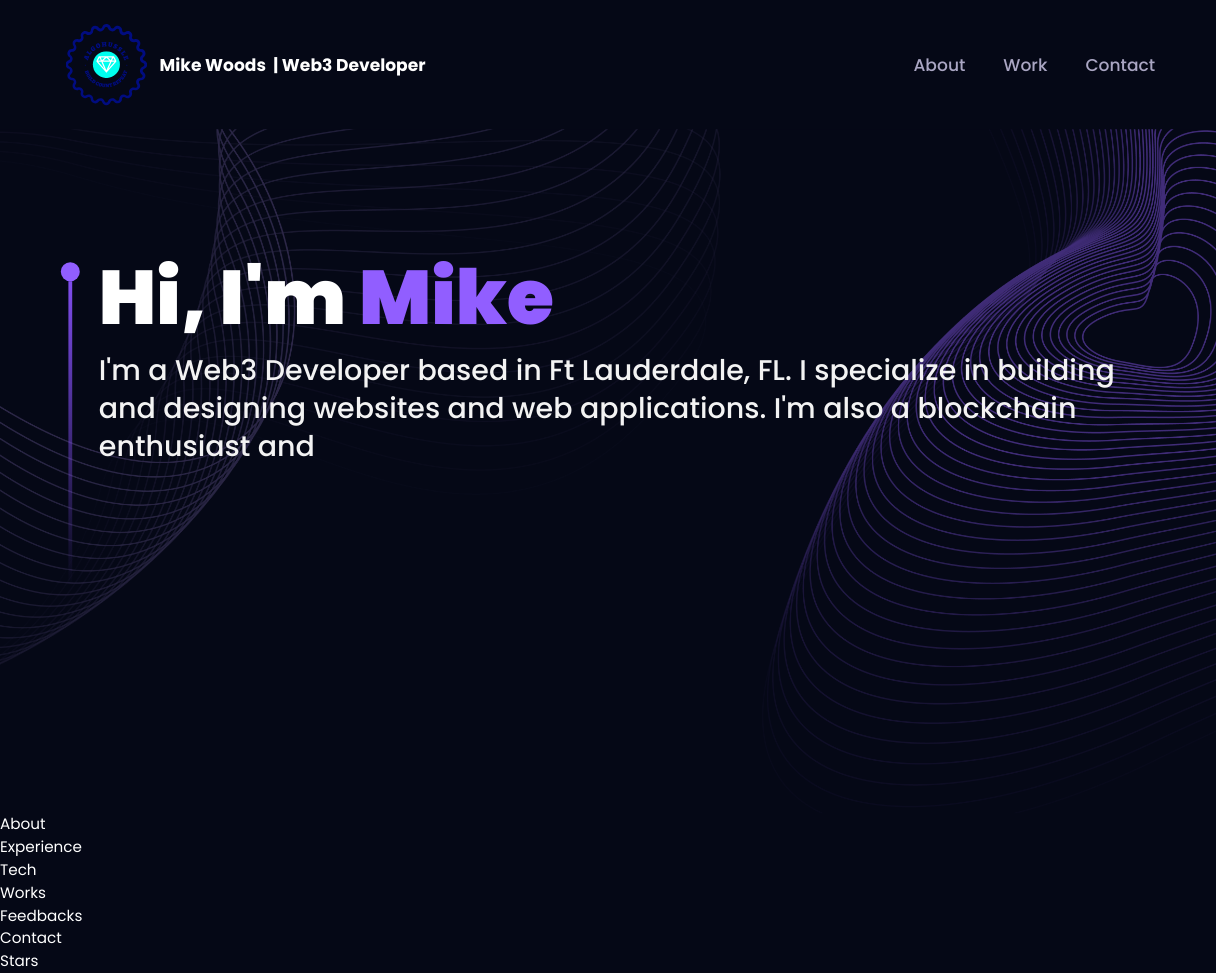
Repository: MikeeBuilds/3D-portfolio
Page: /
An editor plug-in stored every save of this project. The page is shown before and after a run of saves, followed by the edit.
The browser window is 1280 px wide. The pictures show the whole page, at 95% of full size.
The project was rebuilt for these pictures with package versions that can differ from the ones it lists, and the page was loaded fresh each time. Also part of the build but not shown: vite.config.js, src/components/canvas/Earth.jsx, src/components/canvas/Ball.jsx, src/components/canvas/Computers.jsx.

Above is the page before, as saved 2023-03-04 15:04:16.

### index.html
<!DOCTYPE html>
<html lang="en">
  <head>
    <meta charset="UTF-8" />
    <link rel="icon" type="image/svg+xml" href="/logo.svg" />
    <meta name="viewport" content="width=device-width, initial-scale=1.0" />
    <title>Algo Hussle Portfolio</title>
  </head>
  <body>
    <div id="root"></div>
    <script type="module" src="/src/main.jsx"></script>
  </body>
</html>

### src/App.jsx
import { BrowserRouter } from "react-router-dom";
import { About, Contact, Experience, Feedbacks,
Hero, Navbar, Tech, Works, StarsCanvas } from "./components";

const App = () => {
  return (
    <BrowserRouter>
      <div className="relative z-0 bg-primary">
        <div className="bg-hero-pattern bg-cover
        bg-no-repeat bg-center">
          <Navbar />
          <Hero />
        </div>
        <About />
        <Experience />
        <Tech />
        <Works />
        <Feedbacks />
        <div className="relative z-0">
          <Contact />
          <StarsCanvas />
        </div>
      </div>
    </BrowserRouter>
  )
};

export default App

### src/components/Hero.jsx
import React from 'react';
import { motion } from 'framer-motion';
import { styles } from '../styles';
import { ComputersCanvas } from './canvas';

const Hero = () => {
  return (
    <section className='relative w-full h-screen mx-auto'
    >
      <div className={`${styles.paddingX} absolute inset-0 top-[120px] max-w-7xl mx-auto flex flex-row items-start gap-5`}>
        <div className='flex flex-col items-center justify-center mt-5'>
          <div className='w-5 h-5 rounded-full bg-[#915eff]' />
          <div className='w-1 sm:h-80 h-40 violet-gradient' />
          </div>
          <div className=''>
            <h1 className={`${styles.heroHeadText} text-white`}>
              Hi, I'm <span className='text-[#915eff]'>Mike</span>
            </h1>
            <p className={`${styles.heroSubText} mt-2 text-white-100`}>
              I'm a Web3 Developer based in Ft Lauderdale, FL. I specialize in building and
                designing websites and web applications. I'm also a blockchain enthusiast and
            </p>
          </div>

      </div>
    </section>
  )
}

export default Hero

### src/components/Navbar.jsx
import React, { useEffect, useState} from 'react';
import { Link } from "react-router-dom";
import { styles } from '../styles';
import { navLinks } from "../constants";
import { logo, menu, close } from "../assets";

const Navbar = () => {
  const [active, setActive] = useState("");
  const [toggle, setToggle] = useState(false);

  return (
    <nav className={`${styles.paddingX} w-full flex items-center py-5 top-0 z-20 bg-primary`}
    >
      <div className="flex items-center justify-between w-full max-w-7xl mx-auto">
        <Link to="/"
              className='flex items-center gap-2 '
              onClick={() => {
                setActive("");
                window.scrollTo(0, 0);
              }}
              >
                <img
                  src={logo}
                  alt='logo'
                  className='w-24 h-24 object-contain'
                  />
                <p
                  className='text-white text-[18px] font-bold cursor-pointer flex'
                  >
                    Mike Woods &nbsp;
                    <span
                      className='sm:block hidden'
                      >
                        | Web3 Developer
                    </span>
                </p>
          </Link>
            <ul className='list-none hidden sm:flex flex-row gap-10'>
                {navLinks.map((link) => (
                    <li
                      key={link.id}
                      className={`${
                        active === link.title
                        ? "text-white"
                        : "text-secondary"
                      } hover:text-white text-[18px] font-medium cursor-pointer`}
                      onClick={() => setActive(link.title)}
                      >
                    <a href={`#${link.id}`}> {link.title}</a>
                    </li>

                ))}
            </ul>
            <div className='sm:hidden flex flex-1 justify-end items-center'>
              <img src={toggle ? close : menu }
                    alt="menu"
                    className='w-[28px] h-[28px] object-contain cursor-pointer'
                    onClick={() => setToggle(!toggle)}
              />
              <div className={`${!toggle ? 'hidden'
              : 'flex'} p-6 black-gradient absolute top-20 right-0 mx-4 my-2 min-w-[140px] z-10
              rounded-xl`}>

              <ul className='list-none flex justify-end items-start flex-col gap-4'>
                {navLinks.map((link) => (
                    <li
                      key={link.id}
                      className={`${
                        active === link.title
                        ? "text-white"
                        : "text-secondary"
                      } font-poppins font-medium cursor-pointer text-[16px]`}
                      onClick={() => {
                        setToggle(!toggle);
                        setActive(link.title);
                      }}
                      >
                    <a href={`#${link.id}`}> {link.title}</a>
                    </li>

                ))}
            </ul>
              </div>

            </div>
        </div>
      </nav>
  )
}

export default Navbar

### src/constants/index.js
import {
    mobile,
    backend,
    creator,
    web,
    javascript,
    typescript,
    html,
    css,
    reactjs,
    redux,
    tailwind,
    nodejs,
    mongodb,
    git,
    figma,
    docker,
    meta,
    starbucks,
    tesla,
    shopify,
    carrent,
    jobit,
    tripguide,
    threejs,
  } from "../assets";

  export const navLinks = [
    {
      id: "about",
      title: "About",
    },
    {
      id: "work",
      title: "Work",
    },
    {
      id: "contact",
      title: "Contact",
    },
  ];

  const services = [
    {
      title: "Web Developer",
      icon: web,
    },
    {
      title: "React Native Developer",
      icon: mobile,
    },
    {
      title: "Backend Developer",
      icon: backend,
    },
    {
      title: "Content Creator",
      icon: creator,
    },
  ];

  const technologies = [
    {
      name: "HTML 5",
      icon: html,
    },
    {
      name: "CSS 3",
      icon: css,
    },
    {
      name: "JavaScript",
      icon: javascript,
    },
    {
      name: "TypeScript",
      icon: typescript,
    },
    {
      name: "React JS",
      icon: reactjs,
    },
    {
      name: "Redux Toolkit",
      icon: redux,
    },
    {
      name: "Tailwind CSS",
      icon: tailwind,
    },
    {
      name: "Node JS",
      icon: nodejs,
    },
    {
      name: "MongoDB",
      icon: mongodb,
    },
    {
      name: "Three JS",
      icon: threejs,
    },
    {
      name: "git",
      icon: git,
    },
    {
      name: "figma",
      icon: figma,
    },
    {
      name: "docker",
      icon: docker,
    },
  ];

  const experiences = [
    {
      title: "React.js Developer",
      company_name: "Starbucks",
      icon: starbucks,
      iconBg: "#383E56",
      date: "March 2020 - April 2021",
      points: [
        "Developing and maintaining web applications using React.js and other related technologies.",
        "Collaborating with cross-functional teams including designers, product managers, and other developers to create high-quality products.",
        "Implementing responsive design and ensuring cross-browser compatibility.",
        "Participating in code reviews and providing constructive feedback to other developers.",
      ],
    },
    {
      title: "React Native Developer",
      company_name: "Tesla",
      icon: tesla,
      iconBg: "#E6DEDD",
      date: "Jan 2021 - Feb 2022",
      points: [
        "Developing and maintaining web applications using React.js and other related technologies.",
        "Collaborating with cross-functional teams including designers, product managers, and other developers to create high-quality products.",
        "Implementing responsive design and ensuring cross-browser compatibility.",
        "Participating in code reviews and providing constructive feedback to other developers.",
      ],
    },
    {
      title: "Web Developer",
      company_name: "Shopify",
      icon: shopify,
      iconBg: "#383E56",
      date: "Jan 2022 - Jan 2023",
      points: [
        "Developing and maintaining web applications using React.js and other related technologies.",
        "Collaborating with cross-functional teams including designers, product managers, and other developers to create high-quality products.",
        "Implementing responsive design and ensuring cross-browser compatibility.",
        "Participating in code reviews and providing constructive feedback to other developers.",
      ],
    },
    {
      title: "Full stack Developer",
      company_name: "Meta",
      icon: meta,
      iconBg: "#E6DEDD",
      date: "Jan 2023 - Present",
      points: [
        "Developing and maintaining web applications using React.js and other related technologies.",
        "Collaborating with cross-functional teams including designers, product managers, and other developers to create high-quality products.",
        "Implementing responsive design and ensuring cross-browser compatibility.",
        "Participating in code reviews and providing constructive feedback to other developers.",
      ],
    },
  ];

  const testimonials = [
    {
      testimonial:
        "I thought it was impossible to make a website as beautiful as our product, but Rick proved me wrong.",
      name: "Sara Lee",
      designation: "CFO",
      company: "Acme Co",
      image: "https://randomuser.me/api/portraits/women/4.jpg",
    },
    {
      testimonial:
        "I've never met a web developer who truly cares about their clients' success like Rick does.",
      name: "Chris Brown",
      designation: "COO",
      company: "DEF Corp",
      image: "https://randomuser.me/api/portraits/men/5.jpg",
    },
    {
      testimonial:
        "After Rick optimized our website, our traffic increased by 50%. We can't thank them enough!",
      name: "Lisa Wang",
      designation: "CTO",
      company: "456 Enterprises",
      image: "https://randomuser.me/api/portraits/women/6.jpg",
    },
  ];

  const projects = [
    {
      name: "Car Rent",
      description:
        "Web-based platform that allows users to search, book, and manage car rentals from various providers, providing a convenient and efficient solution for transportation needs.",
      tags: [
        {
          name: "react",
          color: "blue-text-gradient",
        },
        {
          name: "mongodb",
          color: "green-text-gradient",
        },
        {
          name: "tailwind",
          color: "pink-text-gradient",
        },
      ],
      image: carrent,
      source_code_link: "https://github.com/",
    },
    {
      name: "Job IT",
      description:
        "Web application that enables users to search for job openings, view estimated salary ranges for positions, and locate available jobs based on their current location.",
      tags: [
        {
          name: "react",
          color: "blue-text-gradient",
        },
        {
          name: "restapi",
          color: "green-text-gradient",
        },
        {
          name: "scss",
          color: "pink-text-gradient",
        },
      ],
      image: jobit,
      source_code_link: "https://github.com/",
    },
    {
      name: "Trip Guide",
      description:
        "A comprehensive travel booking platform that allows users to book flights, hotels, and rental cars, and offers curated recommendations for popular destinations.",
      tags: [
        {
          name: "nextjs",
          color: "blue-text-gradient",
        },
        {
          name: "supabase",
          color: "green-text-gradient",
        },
        {
          name: "css",
          color: "pink-text-gradient",
        },
      ],
      image: tripguide,
      source_code_link: "https://github.com/",
    },
  ];

  export { services, technologies, experiences, testimonials, projects };

### src/assets/index.js
import logo from "./logo.svg";
import backend from "./backend.png";
import creator from "./creator.png";
import mobile from "./mobile.png";
import web from "./web.png";
import github from "./github.png";
import menu from "./menu.svg";
import close from "./close.svg";

import css from "./tech/css.png";
import docker from "./tech/docker.png";
import figma from "./tech/figma.png";
import git from "./tech/git.png";
import html from "./tech/html.png";
import javascript from "./tech/javascript.png";
import mongodb from "./tech/mongodb.png";
import nodejs from "./tech/nodejs.png";
import reactjs from "./tech/reactjs.png";
import redux from "./tech/redux.png";
import tailwind from "./tech/tailwind.png";
import typescript from "./tech/typescript.png";
import threejs from "./tech/threejs.svg";

import meta from "./company/meta.png";
import shopify from "./company/shopify.png";
import starbucks from "./company/starbucks.png";
import tesla from "./company/tesla.png";

import carrent from "./carrent.png";
import jobit from "./jobit.png";
import tripguide from "./tripguide.png";

export {
  logo,
  backend,
  creator,
  mobile,
  web,
  github,
  menu,
  close,
  css,
  docker,
  figma,
  git,
  html,
  javascript,
  mongodb,
  nodejs,
  reactjs,
  redux,
  tailwind,
  typescript,
  threejs,
  meta,
  shopify,
  starbucks,
  tesla,
  carrent,
  jobit,
  tripguide,
};

### tailwind.config.cjs

/** @type {import('tailwindcss').Config} */
module.exports = {
  content: ["./src/**/*.{js,jsx}"],
  mode: "jit",
  theme: {
    extend: {
      colors: {
        primary: "#050816",
        secondary: "#aaa6c3",
        tertiary: "#151030",
        "black-100": "#100d25",
        "black-200": "#090325",
        "white-100": "#f3f3f3",
      },
      boxShadow: {
        card: "0px 35px 120px -15px #211e35",
      },
      screens: {
        xs: "450px",
      },
      backgroundImage: {
        "hero-pattern": "url('/src/assets/herobg.png')",
      },
    },
  },
  plugins: [],
};

Loaded but not shown: src/main.jsx (common file); src/index.css (common file); src/components/index.js (common file); src/components/canvas/index.js (common file); src/components/About.jsx (common file); src/components/Tech.jsx (common file); src/components/Experience.jsx (common file); src/components/Works.jsx (common file); src/components/Feedbacks.jsx (common file); src/components/Contact.jsx (common file); src/components/canvas/Stars.jsx (common file); src/styles.js (common file)

After the next 2 saves:
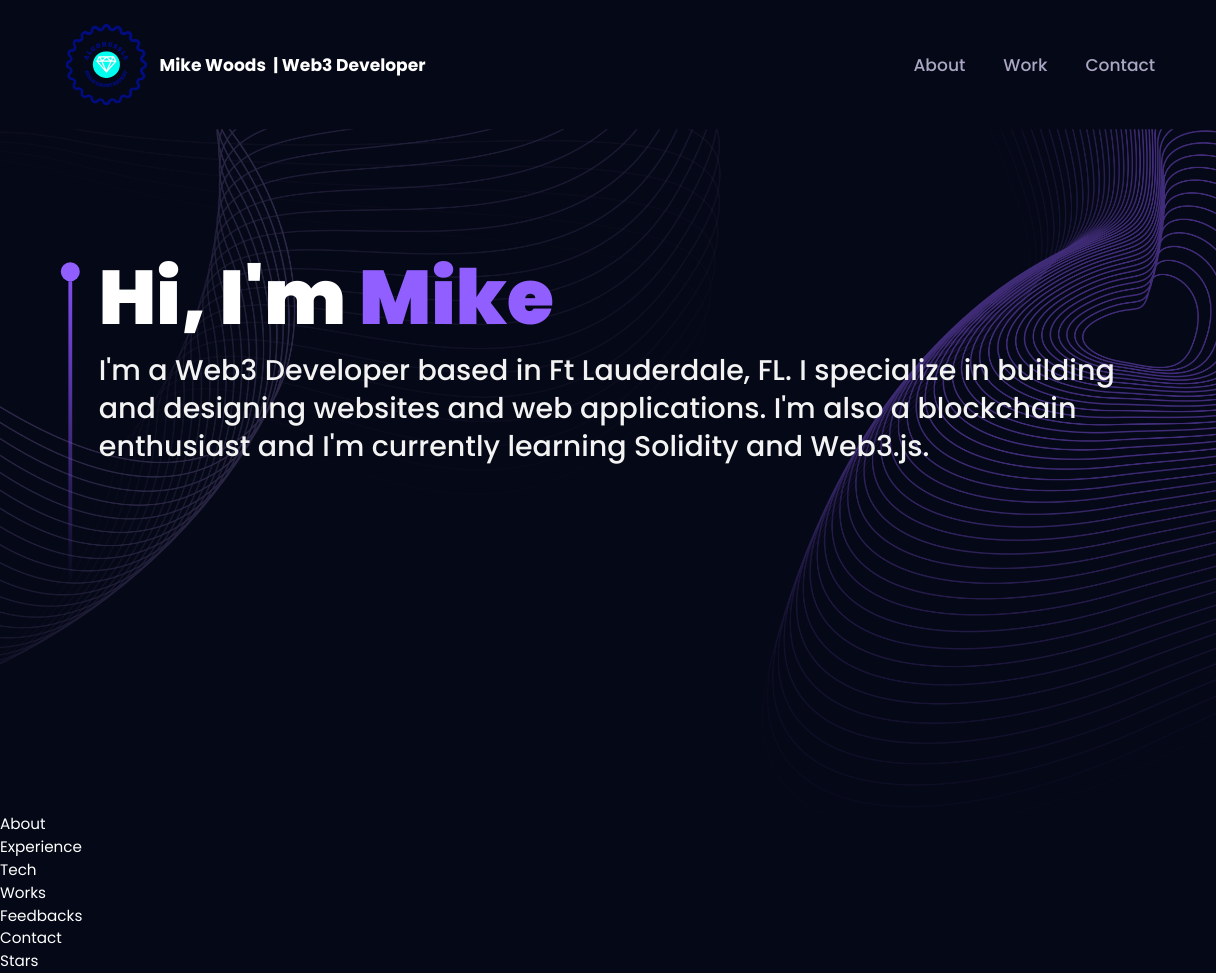
The 2 saves are shown as one change because they came seconds apart.
The last was saved 3 s later.
--- a/src/components/Hero.jsx
+++ b/src/components/Hero.jsx
@@ -19,6 +19,7 @@
             <p className={`${styles.heroSubText} mt-2 text-white-100`}>
               I'm a Web3 Developer based in Ft Lauderdale, FL. I specialize in building and
                 designing websites and web applications. I'm also a blockchain enthusiast and
+                I'm currently learning Solidity and Web3.js.
             </p>
           </div>
 
